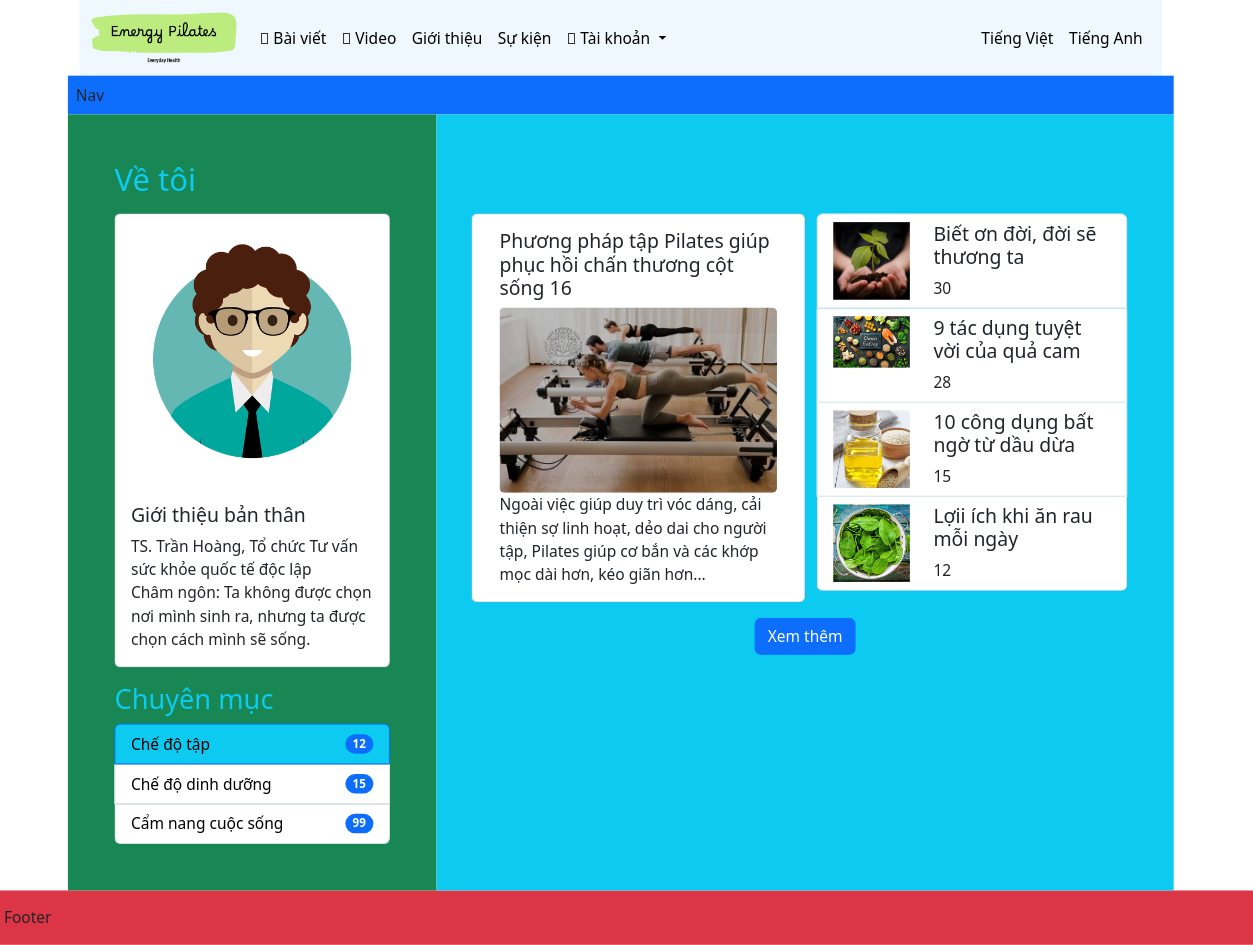
Repository: KizukoHeiwa/SOF308
Page: Lab1/index.html
An editor plug-in stored every save of this project. The page is shown before and after the next save, followed by the edit.
The browser window is 1280 px wide. The page is 1292 px wide, so the pictures cover 1292 px, including what lies to the right of the window. The pictures show the whole page, at 97% of full size.

Above is the page before, as saved 2024-10-31 10:42:18.

### Lab1/index.html
<!DOCTYPE html>
<html lang="en">
<head>
    <meta charset="UTF-8">
    <meta name="viewport" content="width=device-width, initial-scale=1.0">
    <title>FPT Polytechnic</title>
    <link href="https://cdn.jsdelivr.net/npm/bootstrap@5.3.3/dist/css/bootstrap.min.css" rel="stylesheet" integrity="sha384-QWTKZyjpPEjISv5WaRU9OFeRpok6YctnYmDr5pNlyT2bRjXh0JMhjY6hW+ALEwIH" crossorigin="anonymous">
    <script src="https://cdn.jsdelivr.net/npm/bootstrap@5.3.3/dist/js/bootstrap.bundle.min.js" integrity="sha384-YvpcrYf0tY3lHB60NNkmXc5s9fDVZLESaAA55NDzOxhy9GkcIdslK1eN7N6jIeHz" crossorigin="anonymous"></script>
    <link rel="stylesheet" href="https://cdnjs.cloudflare.com/ajax/libs/font-awesome/4.7.0/css/font-awesome.min.css">
    <style>
        header{
            background-color: aliceblue;
            /* box-shadow: 1px 1px 2px 1px lightgray; */
        }
        .nav-link{
            color: black;
        }
        .nav-link:hover{
            color: green;
        }
        .navbar-nav .nav-link.active, .navbar-nav .nav-link.show {
            color: green;
        }
        .button-wrapper{
            display: flex;
            justify-content: center;
            align-items: center;
        }
    </style>

</head>
<body>
    <div class="container">
        <header>
            <nav class="navbar navbar-expand-sm">
                <div class="container">
                    <a class="navbar-brand" href="#">
                        <img src="img/logo-energy-pilates.png" alt="" style="width: 150px;">
                    </a>
                    <div class="collapse navbar-collapse" id="collapsibleNavbar">
                        <ul class="navbar-nav me-auto">
                            <li class="nav-item">
                                <a class="nav-link" href="#"><i class="fa-solid fa-list"></i> Bài viết</a>
                            </li>
                            <li class="nav-item">
                                <a class="nav-link" href="#"><i class="fa-solid fa-film"></i> Video</a>
                            </li>
                            <li class="nav-item">
                                <a class="nav-link" href="#"><i class="fa-solid fa-circle-info"></i> Giới thiệu</a>
                            </li>
                            <li class="nav-item">
                                <a class="nav-link" href="#"><i class="fa-solid fa-calendar-days"></i> Sự kiện</a>
                            </li>
                            <li class="nav-item dropdown">
                                <a class="nav-link dropdown-toggle" href="#" role="button" data-bs-toggle="dropdown">
                                    <i class="fa-solid fa-user"></i> Tài khoản
                                </a>
                                <ul class="dropdown-menu">
                                    <li><a class="dropdown-item" href="#">Đăng nhập</a></li>
                                    <li><a class="dropdown-item" href="#">Quên mật khẩu</a></li>
                                    <li><a class="dropdown-item" href="#">Đăng ký thành viên</a></li>
                                </ul>
                            </li>
                        </ul>
                        <ul class="navbar-nav d-flex">
                            <li class="nav-item">
                                <a class="nav-link">Tiếng Việt</a>
                            </li>
                            <li class="nav-item">
                                <a class="nav-link">Tiếng Anh</a>
                            </li>
                        </ul>
                    </div>
                </div>
            </nav>
        </header>
        <nav class="row bg-primary p-2">Nav</nav>
        <section class="row">
            <aside class="col-sm-4 bg-success p-5">
                <div class="col-sm">
                    <h2 class="text-info mb-3">Về tôi</h2>
                    <div class="card mb-3">
                        <img src="img/avatar.png" class="card-img-top" alt="">
                        <div class="card-body">
                            <h5 class="card-title">Giới thiệu bản thân</h5>
                            <p class="card-text">TS. Trần Hoàng, Tổ chức Tư vấn sức khỏe quốc tế độc lập <br>
                                Châm ngôn: Ta không được chọn nơi mình sinh ra, nhưng ta được chọn cách mình sẽ sống.
                            </p>
                        </div>
                    </div>

                    <h3 class="text-info mt-2">Chuyên mục</h3>
                    <ul class="list-group">
                        <li class="list-group-item active bg-info d-flex justify-content-between align-items-center">
                            <a class="nav-link" href="#">Chế độ tập</a>
                            <span class="badge bg-primary rounded-pill">12</span>
                        </li>
                        <li class="list-group-item d-flex justify-content-between align-items-center">
                            <a class="nav-link" href="#">Chế độ dinh dưỡng</a>
                            <span class="badge bg-primary rounded-pill">15</span>
                        </li>
                        <li class="list-group-item d-flex justify-content-between align-items-center">
                            <a class="nav-link" href="#">Cẩm nang cuộc sống</a>
                            <span class="badge bg-primary rounded-pill">99</span>
                        </li>
                    </ul>
                    <!-- end Chuyên mục -->
                </div>
            </aside>
            <article class="col-sm-8 bg-info p-5">
                <div class="row">
                        <h2 class="text-info mb-3">Blog của tôi</h2>
                        <div class="card col-sm-6">
                            <div class="card-body">
                                <h5 class="card-title">Phương pháp tập Pilates giúp phục hồi chấn thương cột sống <i class="fa-solid fa-message"></i> 16</h5>
                                <img src="img/tap-piltes.jpg" alt="" class="card-img">
                                <p class="card-text">Ngoài việc giúp duy trì vóc dáng, cải thiện sợ linh hoạt, dẻo dai cho người tập, Pilates giúp cơ bắn và các khớp mọc dài hơn, kéo giãn hơn...</p>
                            </div>
                        </div>
                        <div class="col-sm-6">
                            <ul class="list-group">
                                <li class="list-group-item d-flex justify-content-between align-items-start">
                                    <div class="row">
                                        <div class="col-4">
                                            <img src="img/corevalue.jpg" alt="" class="card-img">
                                        </div>
                                        <div class="col-8">
                                            <h5>Biết ơn đời, đời sẽ thương ta</h5>
                                            <span>30</span>
                                        </div>
                                    </div>
                                </li>
                                <li class="list-group-item d-flex justify-content-between align-items-start">
                                    <div class="row">
                                        <div class="col-4">
                                            <img src="img/eat-clean.png" alt="" class="card-img">
                                        </div>
                                        <div class="col-8">
                                            <h5>9 tác dụng tuyệt vời của quả cam</h5>
                                            <span>28</span>
                                        </div>
                                    </div>
                                </li>
                                <li class="list-group-item d-flex justify-content-between align-items-start">
                                    <div class="row">
                                        <div class="col-4">
                                            <img src="img/sesameoil_300x300.jpg" alt="" class="card-img">
                                        </div>
                                        <div class="col-8">
                                            <h5>10 công dụng bất ngờ từ dầu dừa</h5>
                                            <span>15</span>
                                        </div>
                                    </div>
                                </li>
                                <li class="list-group-item d-flex justify-content-between align-items-start">
                                    <div class="row">
                                        <div class="col-4">
                                            <img src="img/spinach_300x300.jpg" alt="" class="card-img">
                                        </div>
                                        <div class="col-8">
                                            <h5>Lợii ích khi ăn rau mỗi ngày</h5>
                                            <span>12</span>
                                        </div>
                                    </div>
                                </li>
                            </ul>
                        </div>
                    </div>
                    <div class="button-wrapper">
                        <button type="button" class="btn btn-primary m-3">Xem thêm</button>
                    </div>
                </div>
            </article>
        </section>
        <footer class="row bg-danger p-3">Footer</footer>
    </div>
</body>
</html>

After the next save:
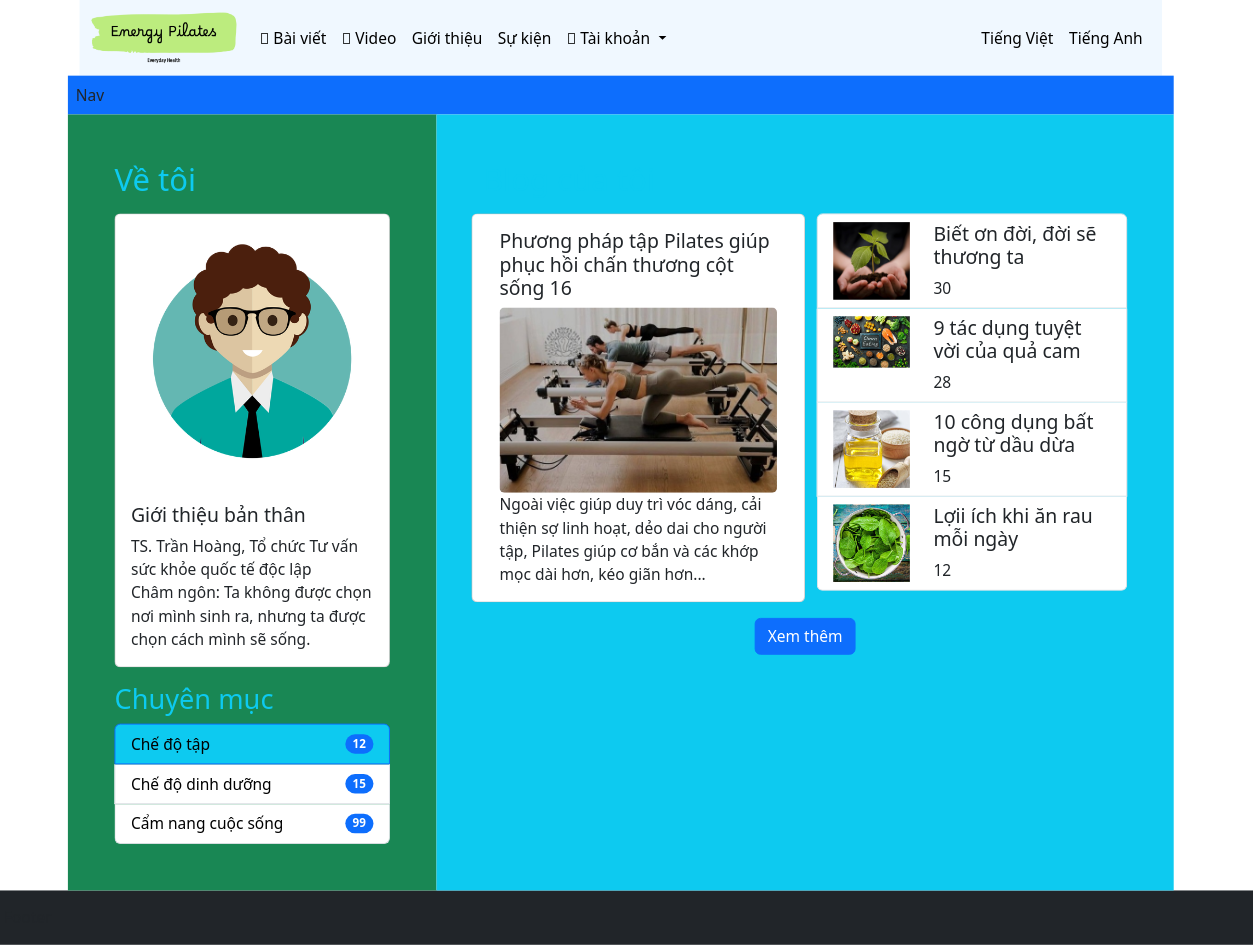
Saved 26 s later.
--- a/Lab1/index.html
+++ b/Lab1/index.html
@@ -172,7 +172,7 @@
                 </div>
             </article>
         </section>
-        <footer class="row bg-danger p-3">Footer</footer>
+        <footer class="row bg-dark p-3">Footer</footer>
     </div>
 </body>
 </html>
